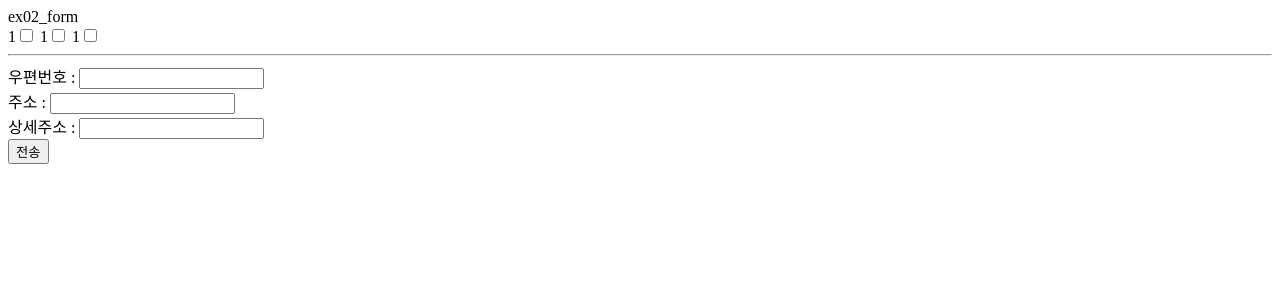
Repository: KimJaeHwan98/tomcat01
Page: http://localhost/3_req_res/req/ex02_form.jsp
An editor plug-in stored every save of this project. The page is shown before and after the next save, followed by the edit.
The browser window is 1280 px wide. The pictures show the whole page.
The page is served by Tomcat 9.

Above is the page before, as saved 2024-04-29 05:30:04.

### 3_req_res/src/main/webapp/req/ex02_form.jsp
<%@ page language="java" contentType="text/html; charset=UTF-8"
    pageEncoding="UTF-8"%>
<!DOCTYPE html>
<html>
<head>
<meta charset="UTF-8">
<title>Insert title here</title>
</head>
<body>ex02_form<br>
 <form action="" method="post">
	1<input type="checkbox" name="chr" value="일">
	1<input type="checkbox" name="chr" value="이">
	1<input type="checkbox" name="chr" value="삼">
	<hr>
	우편번호 : <input type="text" name="addr"><br>
	주소 : <input type="text" name="addr"><br>
	상세주소 : <input type="text" name="addr"><br>
	<input type="submit" value="전송">
 </form>
</body>
</html>

After the next save:
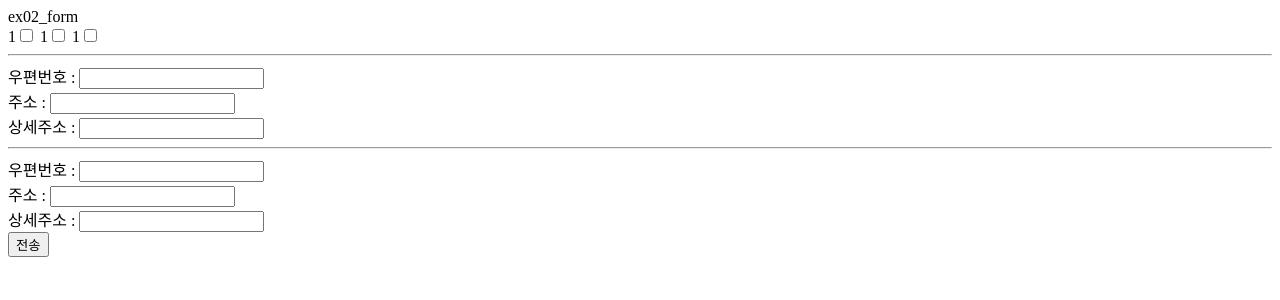
Saved 82 s later.
--- a/3_req_res/src/main/webapp/req/ex02_form.jsp
+++ b/3_req_res/src/main/webapp/req/ex02_form.jsp
@@ -15,7 +15,12 @@
 	우편번호 : <input type="text" name="addr"><br>
 	주소 : <input type="text" name="addr"><br>
 	상세주소 : <input type="text" name="addr"><br>
+		<hr>
+	우편번호 : <input type="text" name="a1"><br>
+	주소 : <input type="text" name="a2"><br>
+	상세주소 : <input type="text" name="a3"><br>
 	<input type="submit" value="전송">
+
  </form>
 </body>
 </html>
